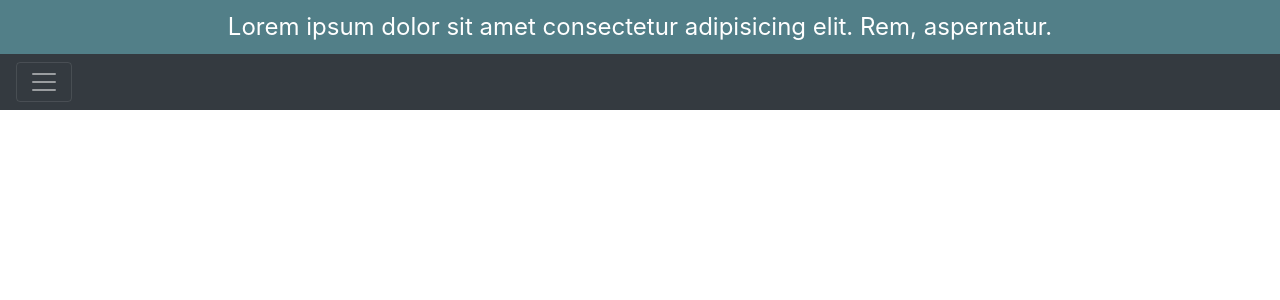
Repository: DaNiels89/frontendassignmentbogbootcamp
Page: index.html
The author's editor kept a copy of each file at every save. The page is drawn from the files as they stood at one save, then again after the next save.
The browser window is 1280 px wide. The pictures show the whole page.

Above is the page before, as saved 2020-03-19 16:58:33.

After the next save:
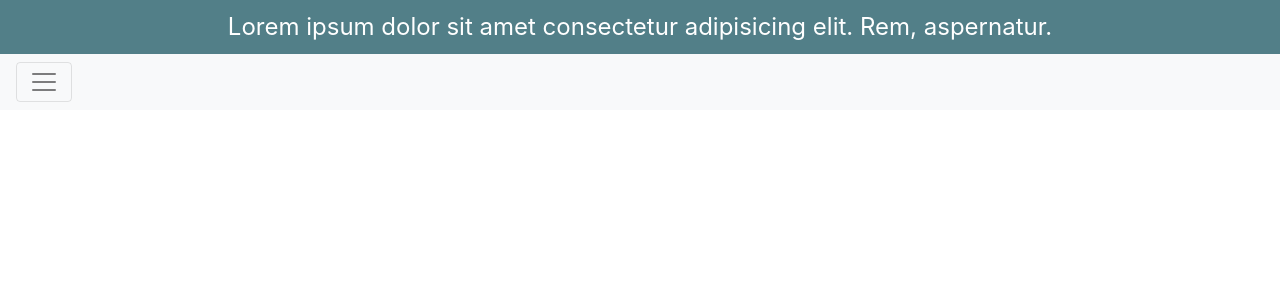
Saved 43 s later.
--- a/index.html
+++ b/index.html
@@ -24,7 +24,7 @@
           <span class="text-muted">Toggleable via the navbar brand.</span>
         </div>
       </div>
-      <nav class="navbar navbar-dark bg-dark">
+      <nav class="navbar navbar-light bg-light">
         <button
           class="navbar-toggler"
           type="button"
